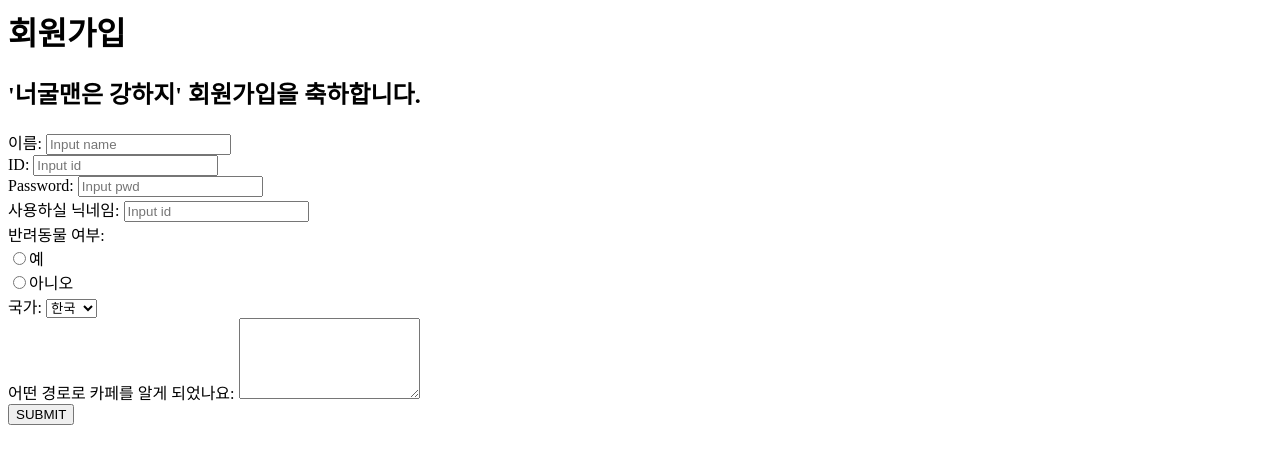
Repository: sangeun100/html
Page: http://localhost/login/register
An editor plug-in stored every save of this project. The page is shown before and after the next save, followed by the edit.
The browser window is 1280 px wide. The pictures show the whole page.
The page is this project's Thymeleaf template; nobody is signed in. The template is opened directly, without the code that normally fills it, so the values that code supplies are empty.

Above is the page before, as saved 2022-05-24 00:13:30.
Console error: ReferenceError: $ is not defined

### day061/src/main/resources/templates/login/register.html
<meta charset="UTF-8">


<script>
/* function checkid(id) {
	$.ajax({
		url:'checkid',
		data:{'id':id},
		success:function(data){
		if(data == '1') {
			$('#iid').text('사용가능 합니다.');
		}else {
			$('#iid').text('사용 불가능 합니다.');
		}
	  }
	});
}; */
$(document).ready(function () {
	$('input[name="name"]').keyup(function () { // 이름은 3자리 이상이어야 함
		var id = $(this).val();
		if (id.length < 3) {
			$('#sname').text('3자리 이상이어야 합니다.');
		  }else { //3자리 이상이면 서버에 전송
			  $('#sname').text('');
		  }
	$('input[name="id"]').keyup(function () {
		var id = $(this).val();
		if (id.length < 3) {
			$('#iid').text('3자리 이상이어야 합니다.');
			 }else {
				 $('#iid').text('');
				//checkid(id); //ajax에서 aaaa~ cccc 는 사용 불가 아이디
		}

	$('button').attr('disabled','disabled'); // 다 입력안하면 클릭불가
	$('button').click(function () {

		$('#register_form1').attr({ //등록페이지 받아오기, 제출
			'action':'register_form1impl',
			'method':'post'
		});
		$('#register_form1').submit();
		});
	$('button').removeAttr('disabled'); // 다 입력하면 클릭 가능
	});
  });
});
</script>
<h1>회원가입</h1>

<div>
<h2>'너굴맨은 강하지' 회원가입을 축하합니다.</h2>
<form id="register_form1">
<!-- 이름칸 -->
<div class="form-group">
	  <label for="name">이름:</label>
	  <input type="text" name="name" class="form-control" id="name" placeholder="Input name">
      <span id="sname"></span>
	</div>
<!-- 아이디칸 -->
<div class="form-group">
	  <label for="id">ID:</label>
	  <input type="text" name="id" class="form-control" id="id" placeholder="Input id">
      <span id="iid"></span>
	</div>
<!-- 비밀번호 칸  -->
	<div class="form-group">
	  <label for="pwd">Password:</label>
	  <input type="password" name="pwd" class="form-control" id="pwd" placeholder="Input pwd">
	  <span id="pwd" class="help-block"></span>
	</div>
<!-- 닉네임칸 -->
<div class="form-group">
	  <label for="id">사용하실 닉네임:</label>
	  <input type="text" name="id" class="form-control" id="id" placeholder="Input id">
      <span id="iid"></span>
	</div>

<!-- 성별
	<div class="radio">
	  <label><input type="radio" name="optradio2" value="op2">남성</label>
	<span id="optradio2"></span></div>
	<div class="radio">
	  <label><input type="radio" name="optradio3" value="op3">여성</label>
	<span id="optradio3"></span></div> -->

<!-- 반려동물 여부-->
<label for="comment"><div>반려동물 여부:</div></label>
	<div class="radio">
	<label><input type="radio" name="optradio2" value="op2">예</label>
	<span id="optradio2"></span></div>
	<div class="radio">
	<label><input type="radio" name="optradio3" value="op3">아니오</label>
	<span id="optradio3"></span></div>
<!-- 국가 -->
<div class="form-group">
	  <label for="sel">국가:</label>
	  <select class="form-control" id="sel" name="sel">
	    <option value="1">한국</option>
	    <option value="2">미국</option>
	    <option value="3">일본</option>
	    <option value="3">중국</option>
	    <option value="4">그 외</option>
	  </select>
	<span id="sel" class="help-block"></span>
	</div>
<!-- 코멘트 -->
<div class="form-group">
  <label for="comment">어떤 경로로 카페를 알게 되었나요:</label>
  <textarea class="form-control" rows="5" id="comment" name="comment"></textarea>
 <span id="comment" class="help-block"></span>
 </div>
<button id="register_bt" type="button">SUBMIT</button>
</form>
</div>

After the next save:
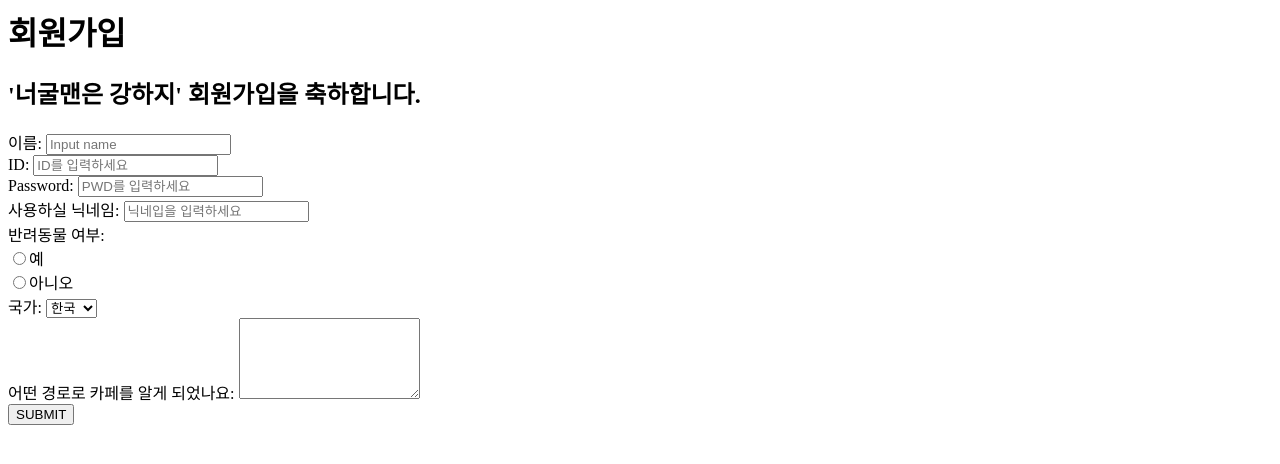
Saved 4 min 8 s later.
--- a/day061/src/main/resources/templates/login/register.html
+++ b/day061/src/main/resources/templates/login/register.html
@@ -60,20 +60,20 @@ $(document).ready(function () {
 <!-- 아이디칸 -->
 <div class="form-group">
 	  <label for="id">ID:</label>
-	  <input type="text" name="id" class="form-control" id="id" placeholder="Input id">
+	  <input type="text" name="id" class="form-control" id="id" placeholder="ID를 입력하세요">
       <span id="iid"></span>
 	</div>
 <!-- 비밀번호 칸  -->
 	<div class="form-group">
 	  <label for="pwd">Password:</label>
-	  <input type="password" name="pwd" class="form-control" id="pwd" placeholder="Input pwd">
+	  <input type="password" name="pwd" class="form-control" id="pwd" placeholder="PWD를 입력하세요">
 	  <span id="pwd" class="help-block"></span>
 	</div>
 <!-- 닉네임칸 -->
 <div class="form-group">
-	  <label for="id">사용하실 닉네임:</label>
-	  <input type="text" name="id" class="form-control" id="id" placeholder="Input id">
-      <span id="iid"></span>
+	  <label for="nid">사용하실 닉네임:</label>
+	  <input type="text" name="nid" class="form-control" id="nid" placeholder="닉네입을 입력하세요">
+      <span id="nid"></span>
 	</div>
 
 <!-- 성별
